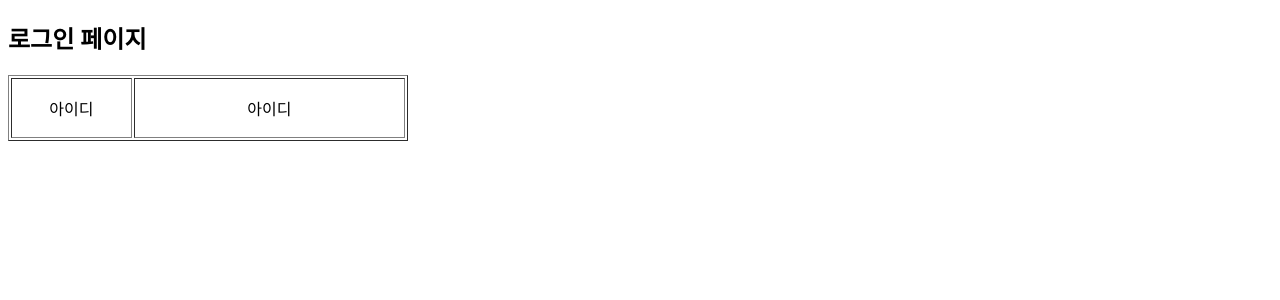
Repository: junirang330/Jsp2026
Page: http://localhost/chapter01/Request/requestLogin.jsp
An editor plug-in stored every save of this project. The page is shown before and after the next save, followed by the edit.
The browser window is 1280 px wide. The pictures show the whole page.
The page is served by Tomcat 9.

Above is the page before, as saved 2026-10-19 05:47:41.

After the next save:
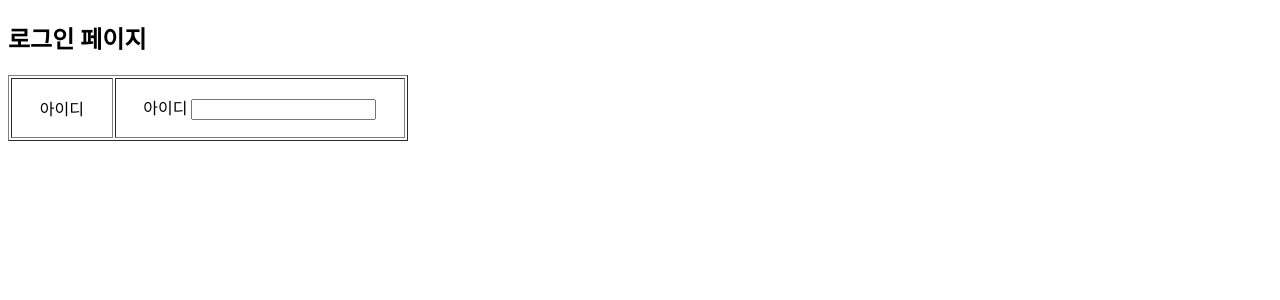
Saved 31 s later.
--- a/chapter01/src/main/webapp/Request/requestLogin.jsp
+++ b/chapter01/src/main/webapp/Request/requestLogin.jsp
@@ -13,7 +13,10 @@
 			<table width="400" border="1">
 				<tr height = "60">
 					<td align = "center" width = "150">아이디</td>
-					<td align = "center" width = "350">아이디</td>
+					<td align = "center" width = "350">아이디
+						<input type = "text" name = "id"/>
+					</td>
+
 				</tr>
 			</table>
 		</form>
